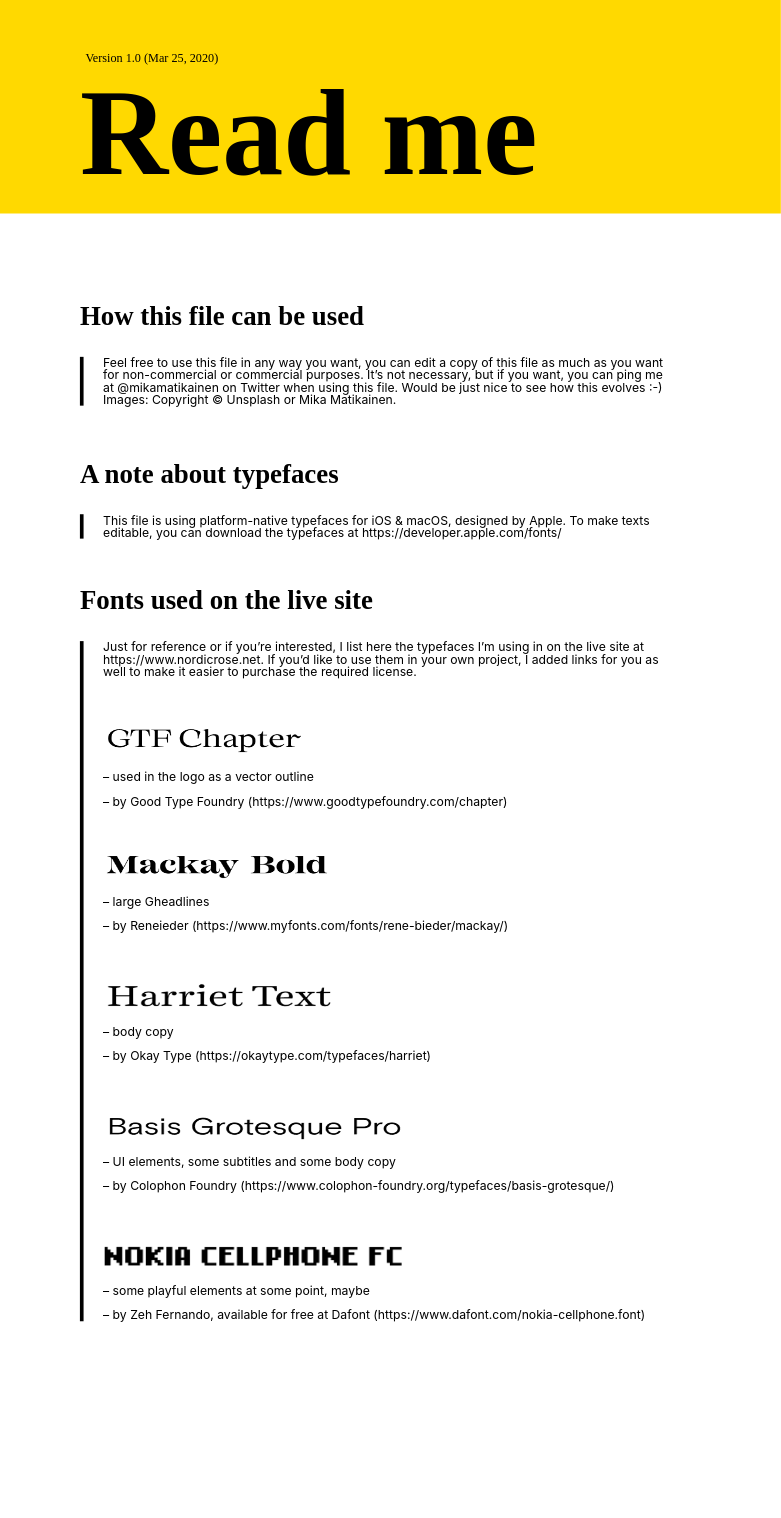
Repository: ThuTrang-jvb/JVB-BT1
Page: readme.html
These files come from the project's save history. The page is drawn as it stood at one moment and after the next save; the edit follows.
The browser window is 1280 px wide. The pictures show the whole page, at 61% of full size.

Above is the page before, as saved 2025-06-24 13:35:45.

After the next save:
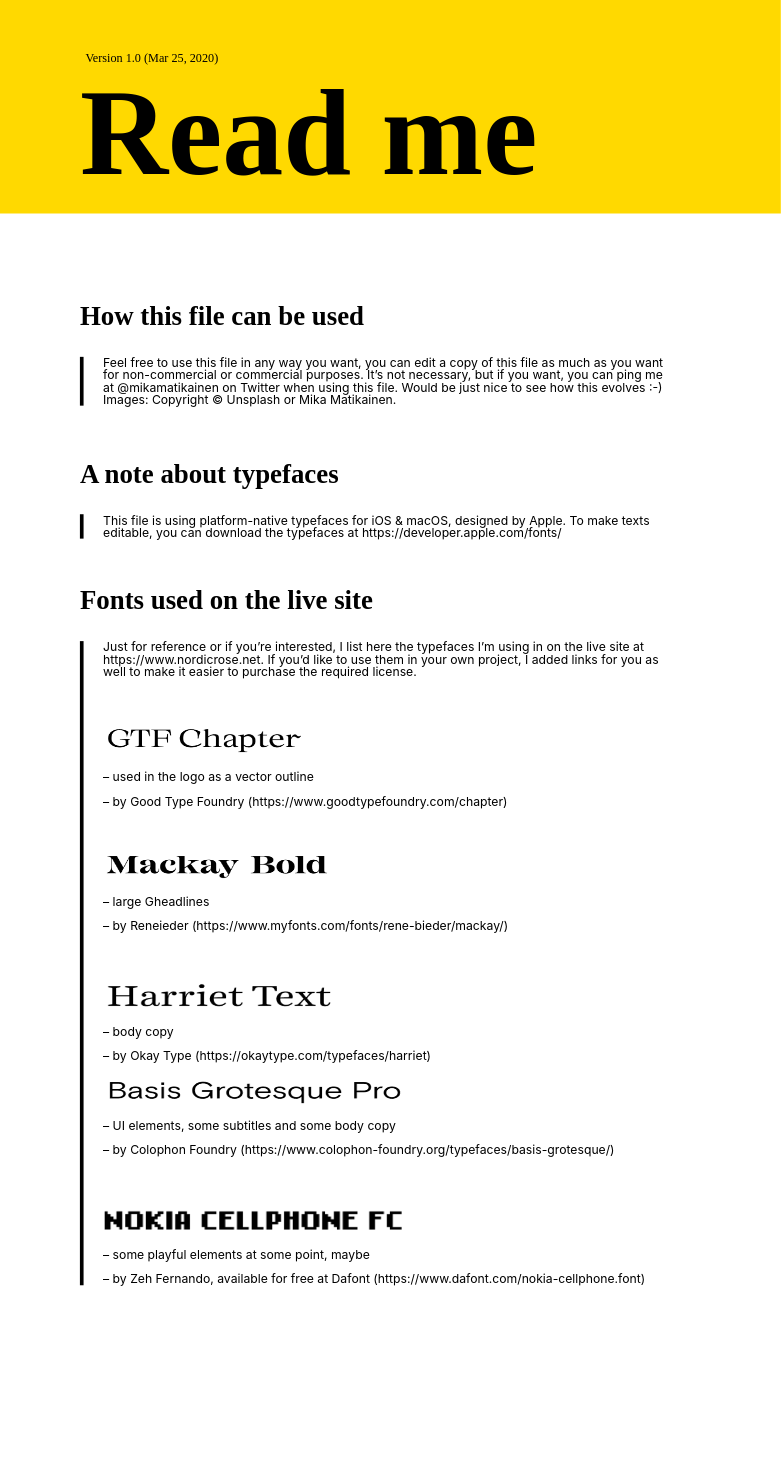
Saved 11 s later.
--- a/Page1/style.css
+++ b/Page1/style.css
@@ -85,7 +85,7 @@ img {
 .type4 {
     width: 493.82196044921875px;
     height: 49.57200241088867px;
-    padding-top: 58.8px;
+    padding-top: px;
 }
 .type5 {
     width: 493.82196044921875px;
